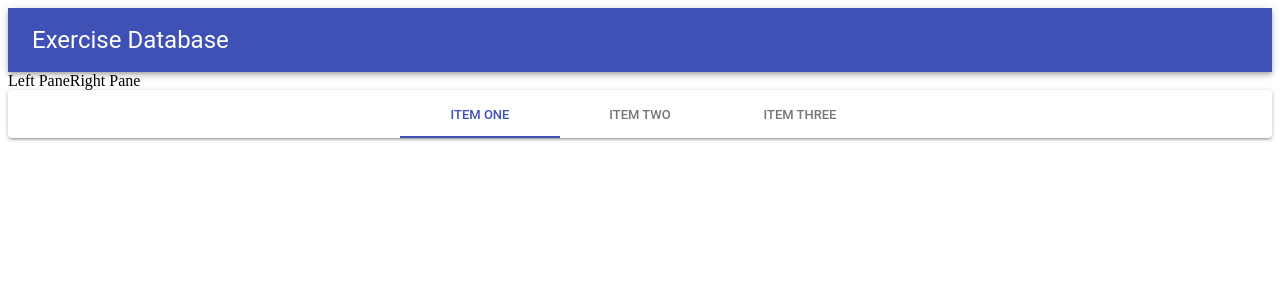
Repository: Votex874/material-ui
Page: /
An editor plug-in stored every save of this project. The page is shown before and after the next save, followed by the edit.
The browser window is 1280 px wide. The pictures show the whole page.
The project was rebuilt for these pictures with package versions that can differ from the ones it lists, and the page was loaded fresh each time.

Above is the page before, as saved 2019-03-23 17:29:14.

After the next save:
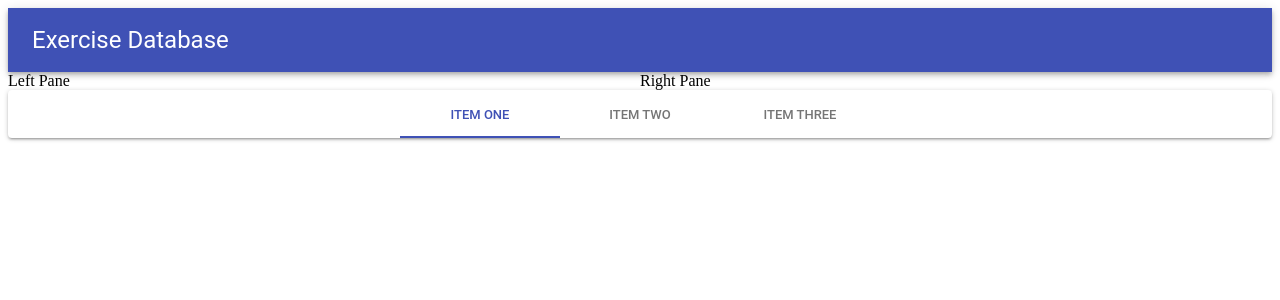
Saved 25 s later.
--- a/src/Components/Exercises/index.js
+++ b/src/Components/Exercises/index.js
@@ -3,10 +3,10 @@ import { Grid } from '@material-ui/core'
 
 export default props =>
   <Grid container>
-    <Grid item>
+    <Grid item sm>
       Left Pane
     </Grid>
-    <Grid item>
+    <Grid item sm>
       Right Pane
     </Grid>
   </Grid>
